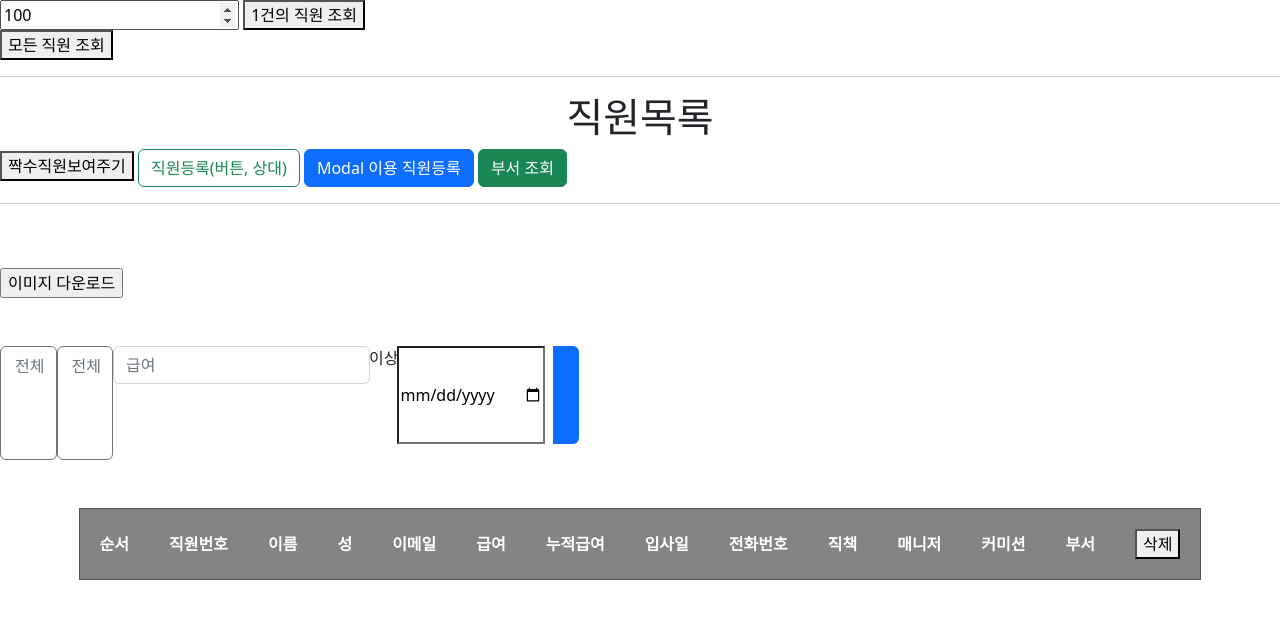
Repository: leessol/spring1
Page: http://localhost/springMVCProject/WEB-INF/views/emp/empSelect.jsp
The author's editor kept a copy of each file at every save. The page is drawn from the files as they stood at one save, then again after the next save.
The browser window is 1280 px wide. The pictures show the whole page.
The page is served by Tomcat 9. Nobody is signed in. Other server files are loaded and not shown. The template is opened directly, without the code that normally fills it, so the values that code supplies are empty.

Above is the page before, as saved 2023-05-10 06:18:44.

### springMVCProject/src/main/webapp/WEB-INF/views/emp/empSelect.jsp

<%@page import="com.shinhan.vo.EmpVO"%>
<%@page import="java.util.List"%>
<%@ page language="java" contentType="text/html; charset=UTF-8"
	pageEncoding="UTF-8"%>
<%@ taglib prefix="c" uri="http://java.sun.com/jsp/jstl/core"%>
<c:set var="path" value="${pageContext.request.contextPath }" />
<%@ taglib prefix="fmt" uri="http://java.sun.com/jsp/jstl/fmt"%>

<!-- 문자열 함수 라이브러리 사용하기 -->
<%@ taglib prefix="fn" uri="http://java.sun.com/jsp/jstl/functions"%>
<%
//자바를 다 없애야하는데 view에서 아래의 문법은 어쩔 수 없다.
//형변환 해야한다. 왜냐면 오르쪽은 그냥 object 타입이어서. (object(부모)에서 자식으로 강제 형변환)
//view이다 자바를 하면 안된다. --> 원래는 html만 있어야 한다.
//MVC1모델 servlet(controller)가 view를 안 거치고 바로 client에 뿌려주는 것이다. 이렇게 하면 안됨.
//List<EmpVO> empList = (List<EmpVO>) request.getAttribute("empAll");//request.setAttribute("empAll", emplist); 서블릿 페이지에서 세팅을 한것을 받는 것이다.
%>
<!DOCTYPE html>
<html>
<head>
<meta charset="UTF-8">
<title>Insert title here</title>

<%@ include file="../common/commonfiles.jsp"%>
<style>
#container {

}

table {
	border: 1px solid #585858;
	margin: 0 auto;
}

h1 {
	font-size: 20;
	text-align: center;
}

th, td {
	padding: 20px;
	text-align: center;
}

th {
	color: white;
}

td {
	background-color: #F2F2F2;
}

tr th {
	background-color: #848484;
}
</style>

<script>
	$(function() {
		$(".btnDel").on(
				"click",
				function() {
					console.log("Sss");
					location.href = "${path}/emp/empDelete.do?empid="
							+ $(this).attr("data-del"); //get 방식
				});
	});

	$(function() {
		$("thead tr th").click(function(e) {
			//내가 클릭한 th가 몇번째인가?
			var trNum = $(this).closest("th").prevAll().length;
			console.log(trNum);
			var a = $("tbody tr").each(function(index, item) {
				var col = $(item).find("td:nth-child(" + (trNum + 1) + ")");
				console.dir(col);
				//되돌리기(기존선택을 clear)
				$(item).find("td").css("background-color", "white");
				//신규선택의 색깔 바꾸기
				$(col).css("background-color", "orange");
			});
		});
	});

	$(function() {
		$("#my1").click(
				function() {
					$("tbody").each(
							function(index, item) {
								//$(item).css("background-color", "red");
								$(item).find("tr:nth-child(2n+1)").css(
										"background-color", "green");
								//$(item).find("td").css("background-color", "green");
							});

				});

		//#container > table > tbody > tr:nth-child(1) > td:nth-child(2)
	});
</script>


</head>
<body>
	<div id="container">

		<!-- restful 방식 연습 -->
		<input type="number" id="empid" value="100"/>
		<button id="empRetrive">1건의 직원 조회</button>
		<div id = "resultMessage1"></div>

		<button id="empAll">모든 직원 조회</button>
		<div id = "resultMessage2"></div>

		<hr>


		<h1>직원목록</h1>
		<!-- include 지시자: 합쳐서 컴파일한다. include 디렉티브는 소스를 합쳐서 컴파일한다.  -->
		<%-- <%@ include file="../common/header.jsp" %> --%>
		<!-- include action tag 이용: 컴파일하고 합침 -->

		<button id="my1">짝수직원보여주기</button>
		<button onclick="location.href='${path}/emp/empinsert.do'"
			type="button" class="btn btn-outline-success">직원등록(버튼, 상대)</button>
		<button type="button" class="btn btn-primary" data-bs-toggle="modal"
			data-bs-target="#exampleModal" data-bs-whatever="@mdo">Modal
			이용 직원등록</button>
		<button onclick="location.href='/dept/deptList.do'" type="button"
			class="btn btn-success">부서 조회</button>

		<hr>

		<form method="post" action="${path }/downloadTest/result.jsp">
			<!-- 이름이 가는 것이다.  -->
			<input type=hidden name="param1" value="watch.jpg" /> <br> <input
				type=hidden name="param2" value="umbrella.jpg" /> <br> <input
				type="submit" value="이미지 다운로드">
		</form>

		<div>
		<form class="form-inline justify-content-center my-5" >
				<div class="d-flex">
					<select id="deptid" multiple="multiple"
						class="btn btn-outline-secondary">
						<option value="">전체</option>
						<c:forEach items="${deptList}" var="dept" varStatus="status">
							<!-- 디비에 들어가는 것은 id값이 들어가야 하니깐 value에는 id로 한다.  -->
							<option value="${dept.department_id}">${status.count}.
								${dept.department_name}</option>
						</c:forEach>
					</select> <select id="jobid" multiple="multiple"
						class="btn btn-outline-secondary">
						<option value="">전체</option>
						<c:forEach items="${jobList}" var="job">
							<!-- 디비에 들어가는 것은 id값이 들어가야 하니깐 value에는 id로 한다.  -->
							<option value="${job.job_id}">${job.job_title}</option>
						</c:forEach>
					</select>
					<div class="input-group mb-3">
					<div class="col-xs-4">
						<input type="text" class="form-control " id="salary" placeholder="급여"/></div><span>이상</span>
						<input type="date" id="hireDate"  />
						<input class="btn my-2 my-sm-0 mx-2 bg-primary text-white" type="button" id="searchEmp" />
					</div>
				</div>


		</form>

		</div>
		<table>
			<thead>
				<tr>
					<th>순서</th>
					<th>직원번호</th>
					<th>이름</th>
					<th>성</th>
					<th>이메일</th>
					<th>급여</th>
					<th>누적급여</th>
					<th>입사일</th>
					<th>전화번호</th>
					<th>직책</th>
					<th>매니저</th>
					<th>커미션</th>
					<th>부서</th>
					<th><button>삭제</button></th>
				</tr>
			</thead>

			<tbody id="showList">

				<!--
						<향상된 forEach>
						--for(EmpVO emp: empAll) //이것이랑 같은 의미
				-->
				<c:set var="totalSalary" value="0"></c:set>
				<c:forEach items="${empAll}" var="emp" varStatus="status">
					<c:set var="totalSalary" value="${totalSalary+emp.salary}"></c:set>
					<tr>
						<td
							style="background-color:${status.first||status.last?'orange':'pink'};">${status.count}</td>
						<td><a
							href="${path}/emp/empDetail.do?empid=${emp.employee_id}">${emp.employee_id}</a></td>
						<td><a
							style="color:${fn:length(emp.first_name)>3?'red':'blue'};"
							href="${path}/emp/empDetail.do?empid=${emp.employee_id}">${emp.first_name}</a></td>
						<td>${emp.last_name}</td>
						<td>${emp.email}${fn:substring(emp.email,0,3)}**
							${fn:indexOf(emp.email,"@")}**
							${fn:indexOf(emp.email,"@")>=0?fn:substring(emp.email,0,3):emp.email}
							<%-- ${fn:substring(emp.email,0,${fn:emp.email.indexOf("@")>0?emp.email.indexOf("@"):emp.email.length()})} --%>
						</td>
						<td>${totalSalary}</td>
						<td><fmt:formatNumber value="${emp.salary}"
								groupingUsed="true"></fmt:formatNumber></td>
						<td><fmt:formatDate value="${emp.hire_date}"
								pattern="yyyy/MM/dd" /></td>

						<td>${emp.phone_number}</td>
						<td>${emp.job_id}</td>
						<td>${emp.manager_id}</td>
						<td>${emp.commission_pct}</td>
						<td><fmt:formatNumber type="percent"
								value="${emp.commission_pct}"></fmt:formatNumber></td>
						<td>${emp.department_id}</td>
						<td><button class="btnDel" data-del="${emp.employee_id}">삭제</button></td>
					</tr>

				</c:forEach>



			</tbody>
		</table>

	</div>
</body>
<script>
$(function(){
	$('#searchEmp').on('click',function(){
		console.log($('#deptid').val());
		$.ajax({
			url: "/emp/empCondition.do",
			method: "post",
			data: {"deptid":$('#deptid').val(),"jobid":$('#jobid').val(),"salary":$('#salary').val(),
				"hireDate":$('#hireDate').val()|| undefined
				},
			success: function(r){
				$('#showList').html(r);
			}
		});

	});
})
</script>
<script type="text/javascript">
	$(function(){
		$('#empRetrive').click(function(){
			var empid = $('#empid').val();
			$.ajax({
				url: "/restemp/empDetail.do/"+empid, //값만 들어간다. data 부분이 없음 restful은
				success: function(r){
					console.log(r);
					$('#resultMessage1').html(r.first_name);
				},
				error: function(){}
			});
		});

		$('#empAll').click(function(){
			$.ajax({
				url: "/restemp/emplist.do/", //값만 들어간다. data 부분이 없음 restful은
				success: function(r){
					var output = "<ul>";
					$.each(r,function(index,item){
						output += "<li>" + item.first_name + "</li>";
					});
					$('#resultMessage1').html(output + "</ul>");
				},
				error: function(){}
			});
		});
	});

</script>
</html>

### springMVCProject/src/main/webapp/WEB-INF/views/common/commonfiles.jsp
<%@ page language="java" contentType="text/html; charset=UTF-8"
    pageEncoding="UTF-8"%>
<meta name="viewport" content="width=device-width, initial-scale=1">
<link
href="https://cdn.jsdelivr.net/npm/bootstrap@5.2.3/dist/css/bootstrap.min.css"
rel="stylesheet">
<script
src="https://cdn.jsdelivr.net/npm/bootstrap@5.2.3/dist/js/bootstrap.bundle.min.js"></script>
<script src="https://ajax.googleapis.com/ajax/libs/jquery/3.6.3/jquery.min.js"></script>

After the next save:
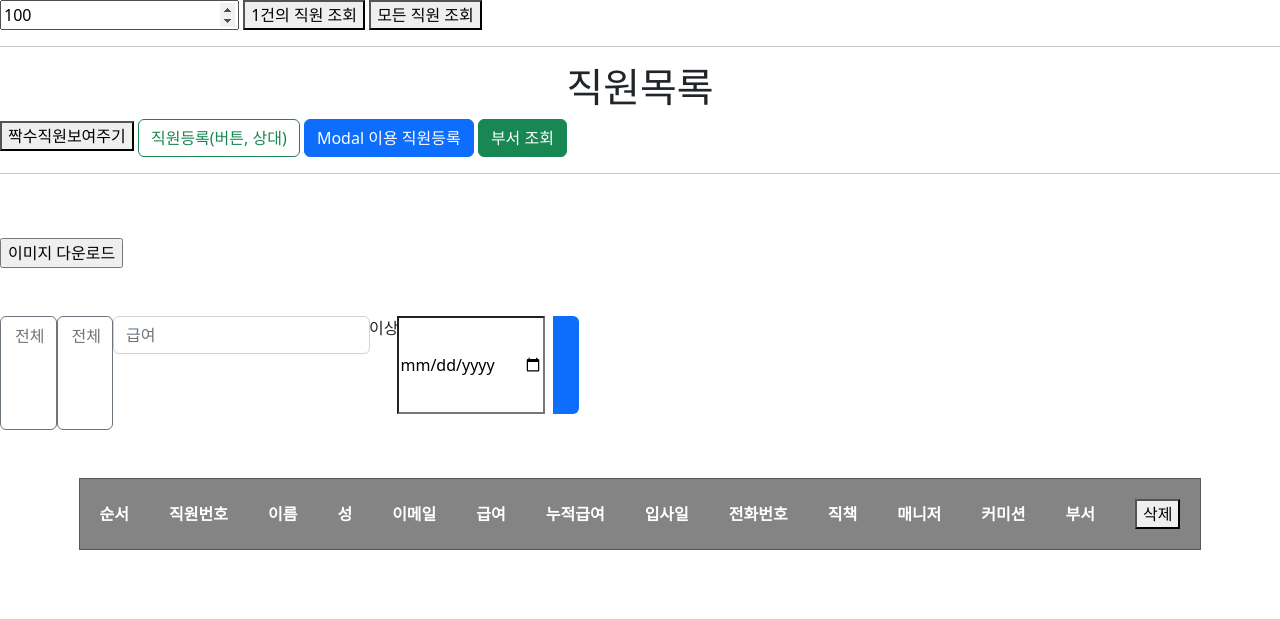
Saved 10 s later.
--- a/springMVCProject/src/main/webapp/WEB-INF/views/emp/empSelect.jsp
+++ b/springMVCProject/src/main/webapp/WEB-INF/views/emp/empSelect.jsp
@@ -108,10 +108,9 @@ tr th {
 		<!-- restful 방식 연습 -->
 		<input type="number" id="empid" value="100"/>
 		<button id="empRetrive">1건의 직원 조회</button>
+
+		<button id="empAll">모든 직원 조회</button>
 		<div id = "resultMessage1"></div>
-
-		<button id="empAll">모든 직원 조회</button>
-		<div id = "resultMessage2"></div>
 
 		<hr>
 
